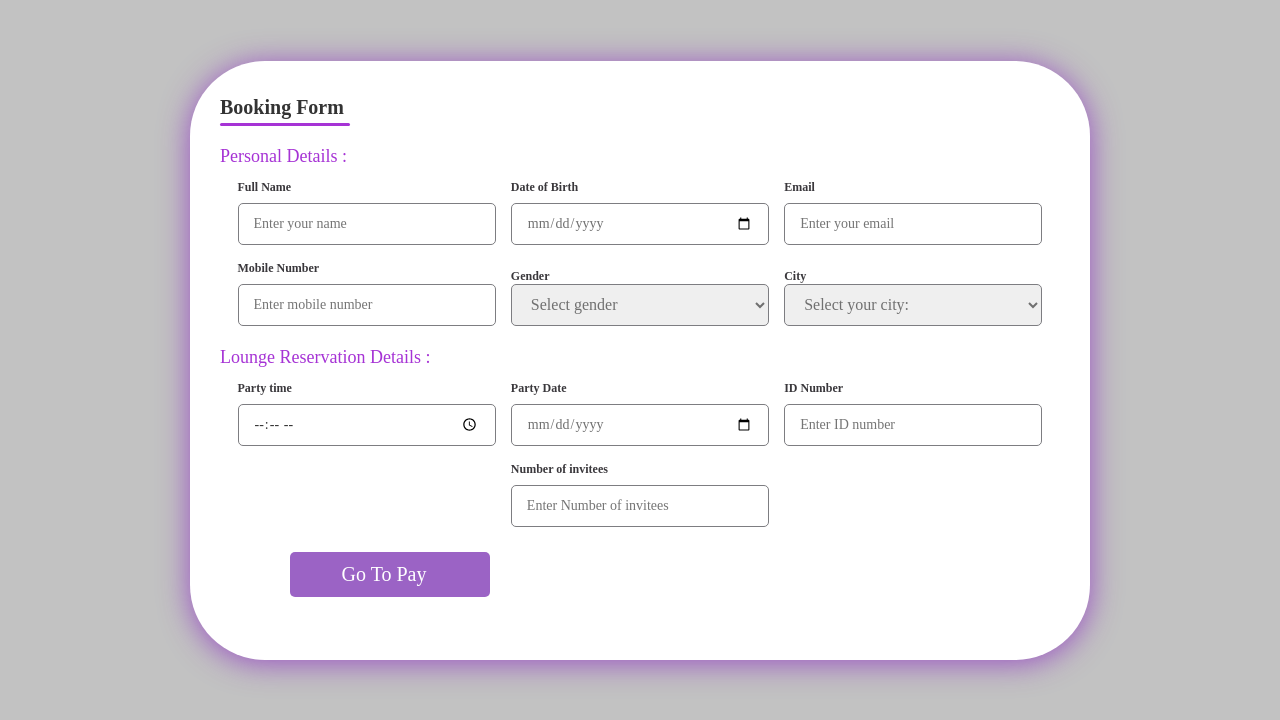
Repository: special4Party/Graduation-project-wedding-hall
Page: include/temp/booking.html
An editor plug-in stored every save of this project. The page is shown before and after the next save, followed by the edit.
The browser window is 1280 px wide. The pictures show the whole page.
Some icons come from a web library that is not loaded, so they are not drawn.

Above is the page before, as saved 2022-04-30 21:01:44.

### include/temp/booking.html
<!DOCTYPE html>
<html lang="en" dir="ltr">
  <head>
    <meta charset="utf-8">
    <title>Book Page</title>
    <link rel="stylesheet" href="/layout/css/booking.css">
    <link rel="stylesheet" href="/layout/css/normalize.css">
    <link rel="stylesheet" href="https://unicons.iconscout.com/release/v4.0.0/css/line.css">
  </head>
  <body>
    <div class="container">
        <header>Booking Form</header>

        <form action="#">
            <div class="form first">
                <div class="details personal">
                    <span class="title">Personal Details :</span>

                    <div class="fields">
                        <div class="input-field">
                            <label>Full Name</label>
                            <input type="text" name="full-name-booking-page" placeholder="Enter your name" required>
                        </div>

                        <div class="input-field">
                            <label>Date of Birth</label>
                            <input type="date" name="birthday-person-booking-page" placeholder="Enter birth date" required>
                        </div>

                        <div class="input-field">
                            <label>Email</label>
                            <input type="text" name="email-person-booking-page" placeholder="Enter your email" required>
                        </div>

                        <div class="input-field">
                            <label>Mobile Number</label>
                            <input type="number" name="phone-person-booking-page" placeholder="Enter mobile number" required>
                        </div>

                        <div class="input-field">
                            <label>Gender</label>
                            <select required>
                                <option disabled selected>Select gender</option>
                                <option>Male</option>
                                <option>Female</option>
                            </select>
                        </div>

                        <div class="input-field">
                            <label>City</label>
                            <select required>
                                <option disabled selected>Select your city: </option>
                                <option>Amman</option>
                                <option>Irbid</option>
                                <option>Zarqa</option>
                                <option>Salt</option>
                                <option>Mafraq</option>
                                <option>Karak</option>
                                <option>Madaba</option>
                                <option>Jerash</option>
                                <option>Ajloun</option>
                                <option>Tafila</option>
                                <option>Aqaba</option>
                                <option>Ma'an</option>
                            </select>
                        </div>
                    </div>
                </div>

                <div class="details ID">
                    <span class="title">Lounge Reservation Details :</span>

                    <div class="fields">


                        <div class="input-field">
                            <label>Party time</label>
                            <input type="time" name="party-time-booking-page" placeholder="Enter issued state" required>
                        </div>

                        <div class="input-field">
                            <label>Party Date</label>
                            <input type="date"name="party-date-booking-page" placeholder="Enter Party Month/year" required>
                        </div>

                        <div class="input-field">
                            <label>ID Number</label>
                            <input type="number" name="id-number-person-booking-page" placeholder="Enter ID number" required>
                        </div>

                        <div class="input-field">
                            <label>Number of invitees</label>
                            <input type="number" name="number-of-person-booking-page" placeholder="Enter Number of invitees" required>
                        </div>
                    </div>

                    <button class="nextBtn">
                        <span class="btnText">Go To Pay</span>
                        <i class="uil uil-navigator"></i>
                    </button>
                </div>
            </div>

            <div class="form second">
                <div class="details address">
                    <span class="title">Payment Details</span>

                    <div class="fields">
                        <div class="input-field">
                            <label>cards accepted :</label>
                            <img src="/images/img/images.jpg" alt="">
                        </div>

                        <div class="input-field">
                            <label>name on card :</label>
                            <input type="text" name="name-on-card-payment-page" placeholder="mr. john deo" required>
                        </div>

                        <div class="input-field">
                            <label>credit card number :</label>
                            <input type="number" name="number-on-card-payment-page" placeholder="1111-2222-3333-4444" required>
                        </div>

                        <div class="input-field">
                            <label>exp month :</label>
                            <input type="number" name="exp-month-card-payment-page" placeholder="1" required>
                        </div>

                        <div class="input-field">
                            <label>exp year :</label>
                            <input type="number" name="exp-year-card-payment-page" placeholder="2022" required>
                        </div>

                        <div class="input-field">
                            <label>CVV :</label>
                            <input type="text" name="CVV-card-payment-page" placeholder="1234" required>
                        </div>
                    </div>
                </div>

                <div class="details family">

                    <div class="buttons">
                        <div class="backBtn">
                            <i class="uil uil-navigator"></i>
                            <span class="btnText">Back</span>
                        </div>

                        <button class="sumbit">
                            <span class="btnText">Submit</span>
                            <i class="uil uil-navigator"></i>
                        </button>
                    </div>
                </div>
<!-- -------------------------------------------- -->

                </div>
            </div>
        </form>
    </div>
<script>
    const form = document.querySelector("form"),
        nextBtn = form.querySelector(".nextBtn"),
        backBtn = form.querySelector(".backBtn"),
        allInput = form.querySelectorAll(".first input");


nextBtn.addEventListener("click", ()=> {
    allInput.forEach(input => {
        if(input.value != ""){
            form.classList.add('secActive');
        }else{
            form.classList.remove('secActive');
        }
    })
})

backBtn.addEventListener("click", () => form.classList.remove('secActive'));

</script>
    <!--<script src="script.js"></script>-->
</body>
</html>

### layout/css/booking.css
/* ===== Google Font Import - Poppins ===== */
@import url('https://fonts.googleapis.com/css2?family=Poppins:wght@200;300;400;500;600&display=swap');
*{
    margin: 0;
    padding: 0;
    box-sizing: border-box;
    font-family: cursive;
}
body{
    min-height: 100vh;
    display: flex;
    align-items: center;
    justify-content: center;
    background: #3f3e3f50;
}
.container{
    position: relative;
    max-width: 900px;
    width: 100%;
    border-radius: 75px;
    padding: 30px 30px;
    margin: 0 15px;
    background-color: #fff;
    box-shadow: 0 3px 30px rgba(136, 36, 194, 0.726);
}
.container header{
    position: relative;
    font-size: 20px;
    padding: 5px 0;
    font-weight: 600;
    color: #333;
}
.container header::before{
    content: "";
    position: absolute;
    left: 0;
    bottom: -2px;
    height: 3px;
    width: 130px;
    border-radius: 8px;
    background-color: #a633d5;
}
.container form{
    position: relative;
    margin-top: 16px;
    min-height: 490px;
    background-color: #fff;
    overflow: hidden;
}
.container form .form{
    position: absolute;
    background-color: #fff;
    transition: 0.3s ease;
}
.container form .form.second{
    opacity: 0;
    pointer-events: none;
    transform: translateX(100%);
}
form.secActive .form.second{
    opacity: 1;
    pointer-events: auto;
    transform: translateX(0);
}
form.secActive .form.first{
    opacity: 0;
    pointer-events: none;
    transform: translateX(-100%);
}
.container form .title{
    display: block;
    margin-bottom: 8px;
    font-size: 18px;
    font-weight: 500;
    margin: 6px 0;
    color: #a633d5;;
}
.container form .fields{
    display: flex;
    align-items: center;
    justify-content: space-around;
    flex-wrap: wrap;
    padding: 3px 10px;
}
form .fields .input-field{
    display: flex;
    width: calc(100% / 3 - 15px);
    flex-direction: column;
    margin: 4px 0;
}
.input-field label{
    font-size: 12px;
    font-weight: bold;
    color: #3a383c;
}
.input-field input, select{
    outline: none;
    font-size: 14px;
    font-weight: 400;
    color: #333;
    border-radius: 5px;
    border: 1px solid rgb(125, 125, 129);
    padding: 0 15px;
    height: 42px;
    margin: 8px 0;
}
.input-field input :focus,
.input-field select:focus{
    box-shadow: 0 3px 6px rgba(0,0,0,0.13);
}
.input-field select,
.input-field input[type="date"]{
    color: #707070;
}
.input-field input[type="date"]:valid{
    color: #333;
}
.container form button, .backBtn{
    display: flex;
    align-items: center;
    justify-content: center;
    height: 45px;
    max-width: 200px;
    width: 100%;
    border: none;
    outline: none;
    color: #fff;
    border-radius: 5px;
    margin: 10px 70px;
    background-color: #9b63c5;
    transition: all 0.3s linear;
    cursor: pointer;
}
.container form .btnText{
    font-size: 20px;
    font-weight: 400;
}
form button:hover,
.backBtn:hover{
    background-color: #cc82d6;
    color: #3a383c;
    font-size: 20px;
}
form button i,
form .backBtn i{
    margin: 0 6px;
}
form .backBtn i{
    transform: rotate(180deg);
}
form .buttons{
    display: flex;
    align-items: center;
}
form .buttons button , .backBtn{
    margin-right: 14px;
}

@media (max-width: 750px) {
    .container form{
        overflow-y: scroll;
    }
    .container form::-webkit-scrollbar{
       display: none;
    }
    form .fields .input-field{
        width: calc(100% / 2 - 15px);
    }
}

@media (max-width: 550px) {
    form .fields .input-field{
        width: 100%;
    }
}

Loaded but not shown: layout/css/normalize.css (library)

After the next save:
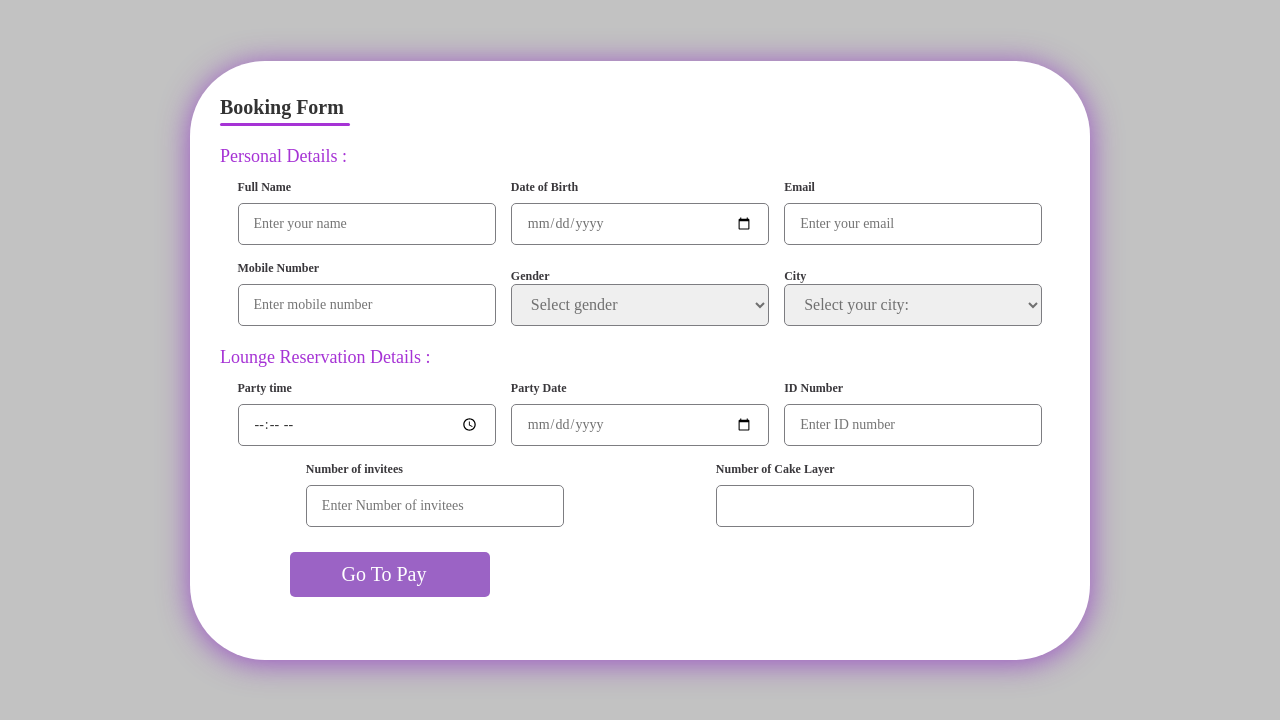
Saved 2 min 50 s later.
--- a/include/temp/booking.html
+++ b/include/temp/booking.html
@@ -92,6 +92,10 @@
                             <label>Number of invitees</label>
                             <input type="number" name="number-of-person-booking-page" placeholder="Enter Number of invitees" required>
                         </div>
+                        <div class="input-field">
+                            <label>Number of Cake Layer</label>
+                            <input type="number" name="number-of-Cake-layer-booking-page" max="7" min="1" required>
+                        </div>
                     </div>
 
                     <button class="nextBtn">
